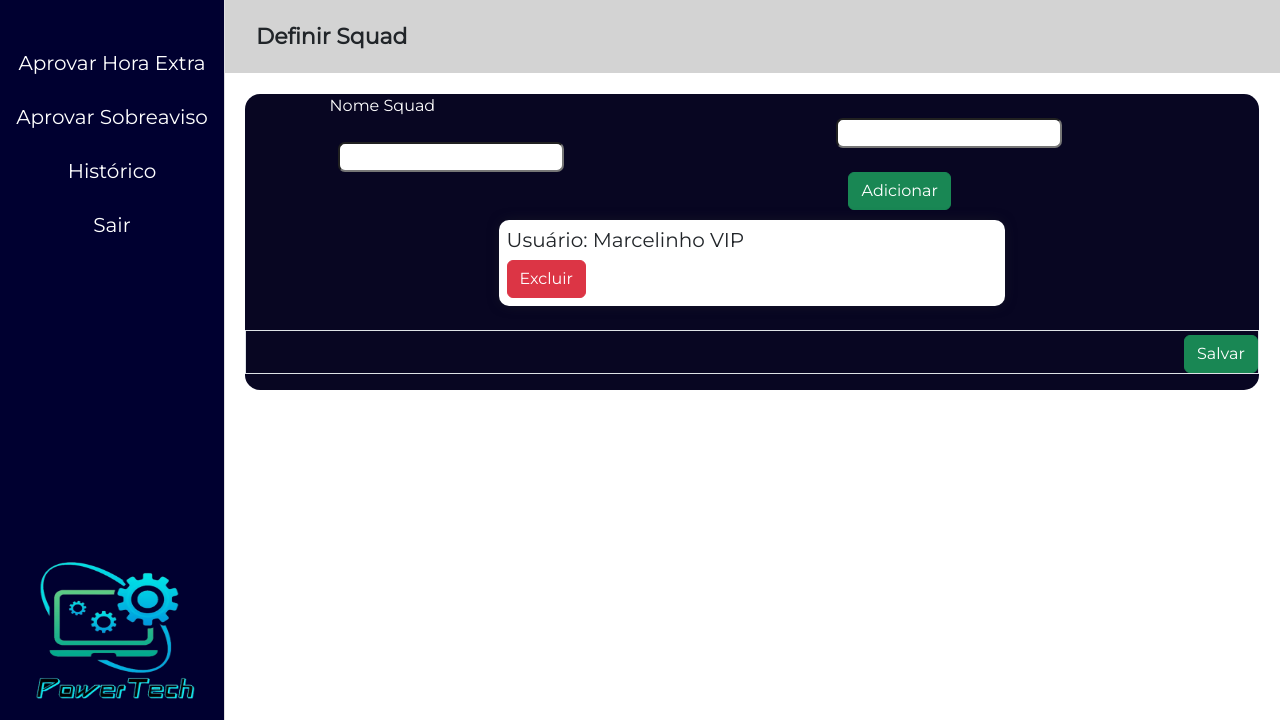
Repository: PowerTech-Fatec/API-2RP-NET
Page: /adm/squad (app in Sprint 3/2rp-web/)
These files come from the project's save history. The page is drawn as it stood at one moment and after the next save; the edit follows.
The browser window is 1280 px wide. The pictures show the whole page.
The project was rebuilt for these pictures with package versions that can differ from the ones it lists, and the page was loaded fresh each time. Also part of the build but not shown: Sprint 3/2rp-web/src/pages/login/login.js, Sprint 3/2rp-web/src/pages/home/dashboard.js, Sprint 3/2rp-web/src/pages/home/sobreaviso/sobreaviso.css, Sprint 3/2rp-web/src/pages/home/sobreaviso/sobreaviso.js, Sprint 3/2rp-web/src/pages/home/hora-extra/hora-extra.css, Sprint 3/2rp-web/src/pages/home/hora-extra/hora-extra.js, Sprint 3/2rp-web/src/components/cards/Cards.js, Sprint 3/2rp-web/src/pages/home/gestor/aprovar-hora-extra/gestor.js and 3 more.

Above is the page before, as saved 2022-11-05 09:18:28.

### Sprint 3/2rp-web/src/index.js
import React from 'react';
import ReactDOM from 'react-dom/client';
import './index.css';
import App from './App';
import reportWebVitals from './reportWebVitals';
import { BrowserRouter } from 'react-router-dom';
import 'bootstrap/dist/css/bootstrap.min.css';
import 'bootstrap-icons/font/bootstrap-icons.css';

import Popper from '@popperjs/core';
import 'bootstrap/dist/js/bootstrap.bundle.min';

const root = ReactDOM.createRoot(document.getElementById('root'));
root.render(
  <BrowserRouter>
    <App />
  </BrowserRouter>
);

// If you want to start measuring performance in your app, pass a function
// to log results (for example: reportWebVitals(console.log))
// or send to an analytics endpoint. Learn more: https://bit.ly/CRA-vitals
reportWebVitals();

### Sprint 3/2rp-web/src/App.js
import React from 'react'
import './App.css';
import { Routes, Route } from 'react-router-dom'
import Login from './pages/login/login'
import Dashboard from './pages/home/dashboard'
import Sobreaviso from './pages/home/sobreaviso/sobreaviso'
import HoraExtra from './pages/home/hora-extra/hora-extra'
import Gestor from './pages/home/gestor/aprovar-hora-extra/gestor'
import GestorSobreaviso from './pages/home/gestor/aprovar-sobreaviso/gestor-sobreaviso'
import GestorHistorico from './pages/home/gestor/historico/gestor-historico'
import Squad from './pages/home/adm/squad/def-squad'

function App() {
  return (
    <Routes>
      <Route path='/login' element={<Login />} />
      <Route path='/dashboard' element={<Dashboard />} />
      <Route path='/horaextra' element={<HoraExtra />} />
      <Route path='/sobreaviso' element={<Sobreaviso />} />
      <Route path='/gestor' element={<Gestor />} />
      <Route path='/gestor-sobreaviso' element={<GestorSobreaviso />} />
      <Route path='/gestor-historico' element={<GestorHistorico />} />
      <Route path='/adm/squad' element={<Squad />} />
      <Route path='*' element={<Login />} />
    </Routes>

  );
}

export default App;

### Sprint 3/2rp-web/src/App.css
@font-face {
    font-family: 'Montserrat';
    src: url(./assets/fonts/Montserrat-Regular.ttf);
}

*{
    font-family: 'Montserrat';
}

.ml-1{margin-left: 0.25rem;}
.ml-2{margin-left: 0.5rem;}
.ml-3{margin-left: 0.75rem;}
.ml-4{margin-left: 1rem;}
.ml-5{margin-left: 1.25rem;}

### Sprint 3/2rp-web/src/pages/home/adm/squad/def-squad.js
import Sidebar from "../../../../components/sidebar"
import Header from "../../../../components/header/header";
import Card from "../../../../components/cards/Squad"
import './def-squad.css'

import React, { Component, useEffect, useState } from 'react';


function Squad() {
    return (
        <Sidebar>
          <Header nome="Definir Squad"></Header>

          {/* linha 1: nome squad/add colaborador */}
          <div className="background d-flex flex-column aling-itens-center">

            <div>
            <div className="d-flex justify-content-around">
            <div className="col-4">
            <span>
            <label className="font">Nome Squad</label> <input className="squad-name mt-4 mb-4 ml-2"></input>
            </span>
            </div>




            <div className="col-4 d-flex justify-content-end">
            <span>
            <input className="squad-name mt-4 mb-4"></input><button type="button" class="btn btn-success ml-3">Adicionar</button>
            </span>
            </div>

            </div>


            {/* card colaborador */}
            <div className="d-flex flex-column aling-itens-center">
            <Card
              Usuario = "Marcelinho VIP"
            />

            </div>

              <div className="border d-flex justify-content-end mb-3">
              <button type="button" class="btn btn-success mt-1 mr-5">Salvar</button>
              </div>


            </div>

          </div>
        </Sidebar>
    )
}



export default Squad

### Sprint 3/2rp-web/src/pages/login/login.css
.login{
    background: #090d23
    ;
}
.fundo{
    background-color: #090d23;
    width: 300px;
    height: 50px;
    color: #fff;
}
.fundoback{
    background-color: #262d28;
}
.fundocolor{
    background-color: #090d23;
}
.background{
    background-color: #9A9696;
}
.height{
    height: 100vh;

}
.tpm{
    margin-top: 150px;
}
.input{
    width: 350px;
    height: 40px;
}
.marg{
    margin-top: 100px;
    margin-left: 180px;
}
.svg{
    margin-top: 3px;
}

### Sprint 3/2rp-web/src/components/sidebar.js
import { Drawer, useTheme } from '@mui/material'
import { Box } from '@mui/system'
import './Sidebar.css'
import { Link } from 'react-router-dom'

import React from 'react'

function Sidebar({ children }) {
    const theme = useTheme();




    return (
        <>

            <Drawer variant='permanent'>
                <Box width={theme.spacing(28)} height={theme.spacing(100)} className ='side-bar  '>
                     <div className='texto mt-5'>

                                {/* <Link to='/dashboard' className ='side-links mt-4'>
                                    Dashboard
                                </Link>
                                <Link to='/horaextra' className ='side-links mt-4'>
                                    Apontar Hora Extra
                                </Link>
                                <Link to='/sobreaviso' className ='side-links mt-4' >
                                    Apontar Sobreaviso
                                </Link> */}

                                {/* Associar a lista de link */}
                                {/* <Link to='/gestor-dashboard' className ='side-links mt-4' >
                                    Dashboard
                                </Link> */}
                                <Link to='/gestor' className ='side-links mt-4' >
                                        Aprovar Hora Extra
                                </Link>
                                <Link to='/gestor-sobreaviso' className ='side-links mt-4' >
                                    Aprovar Sobreaviso
                                </Link>
                                <Link to='/gestor-historico' className ='side-links mt-4' >
                                    Histórico
                                </Link>


                                <Link to='/login' className ='side-links mt-4' >
                                    Sair
                                </Link>

                    </div>
                    <div className='footer'>
                        <img src={require('../assets/powertech.png')} height='140px' width='160px' />
                    </div>
                </Box>
            </Drawer>

            <Box height="100vh" marginLeft={theme.spacing(28)}>
                {children}
            </Box>
        </>
    );
}

export default Sidebar

### Sprint 3/2rp-web/src/components/header/header.js
import './header.css'

import React from 'react'

function Header(props) {

    return (
        <>
            <div className='bg-title'>
                <span className='title'>{props.nome}</span>
            </div>
        </>
    );
}

export default Header

### Sprint 3/2rp-web/src/pages/home/gestor/aprovar-hora-extra/gestor.css
.background{
    margin-top: 2%;
    margin-left: 2%;
    margin-right: 2%;
    border-radius: 15px;

    background-color: #080622 !important
}

/* .filtro{
    width: 20%;
} */

/* /* .soli{
    margin-left: 15%;
} */

.filtroLabel{
    margin-left: 37%;
} */

.font{
    color: white;
}

### Sprint 3/2rp-web/src/pages/home/gestor/aprovar-sobreaviso/gestor-sobreaviso.css
.background{
    margin-top: 2%;
    margin-left: 2%;
    margin-right: 2%;
    border-radius: 15px;

    background-color: #080622 !important
}

.filtro{
    width: 20%;
}

.soli{
    margin-left: 15%;
}

.filtroLabel{
    margin-left: 37%;
}

.font{
    color: white;
}

### Sprint 3/2rp-web/src/pages/home/gestor/historico/gestor-historico.css
.background{
    margin-top: 2%;
    margin-left: 2%;
    margin-right: 2%;
    border-radius:   15px;

    background-color: #080622 !important;
}

.filtro{
    width: 20%;
}

.soli{
    margin-left: 15%;
}

.filtroLabel{
    margin-left: 37%;
}

.font{
    color: white;
}

### Sprint 3/2rp-web/src/components/cards/Squad.js
import React from "react";
import './Squad.css'

function Card(props) {
    return(
        <div className="card-container mb-4 col-6 offset-3">
            <div className="card-content">

            <div className="card-title ml-2 mt-2">
                <span>
                <h5>Usuário: {props.Usuario}</h5>
                <button type="button" class="btn btn-danger mb-2">Excluir</button>
                </span>
            </div>

            </div>

        </div>
    )
}

export default Card

### Sprint 3/2rp-web/src/pages/home/adm/squad/def-squad.css
.background{
    margin-top: 2%;
    margin-left: 2%;
    margin-right: 2%;
    border-radius: 15px;

    background-color: #080622;
}

.filtro{
    width: 20%;
}

/* .soli{
    margin-left: 15%;
} */

/* .filtroLabel{
    margin-left: 37%;
} */

.font{
    color: white;
}

.squad-name{
    border-radius: 7px;
}

### Sprint 3/2rp-web/src/components/Sidebar.css
.side-links {
    color: #fff;
    text-decoration: none;
    font-size: 20px;
    display: flex;
    justify-content: center;
}

.side-bar {
    background-color: #000030;
}

.footer{
    margin-bottom: 20px;
    margin-left: 35px;
    position: absolute;
    bottom: 0;
}

### Sprint 3/2rp-web/src/components/header/header.css
.bg-title{
    background-color: lightgray;
    padding: 20px 0px;
}

.title{
    font-size: 22px;
    font-weight: bold;
    margin-left: 2rem;
}

### Sprint 3/2rp-web/src/components/cards/Cards.css
.card-container{
    width: 900px;
    overflow: hidden;
    box-shadow: 0px 0px 15px -5px;
    border-radius: 10px;
    /* margin-left: 15%; */
    margin-top: 10px;

    background-color: white;
}

### Sprint 3/2rp-web/src/components/cards/Squad.css
.card-container{
    width: 600px;
    overflow: hidden;
    box-shadow: 0px 0px 15px -5px;
    border-radius: 10px;
    /* margin-left: 15%; */
    margin-top: 10px;

    background-color: white;
}

Loaded but not shown: Sprint 3/2rp-web/public/index.html (common file); Sprint 3/2rp-web/src/index.css (common file); Sprint 3/2rp-web/src/reportWebVitals.js (common file)

After the next save:
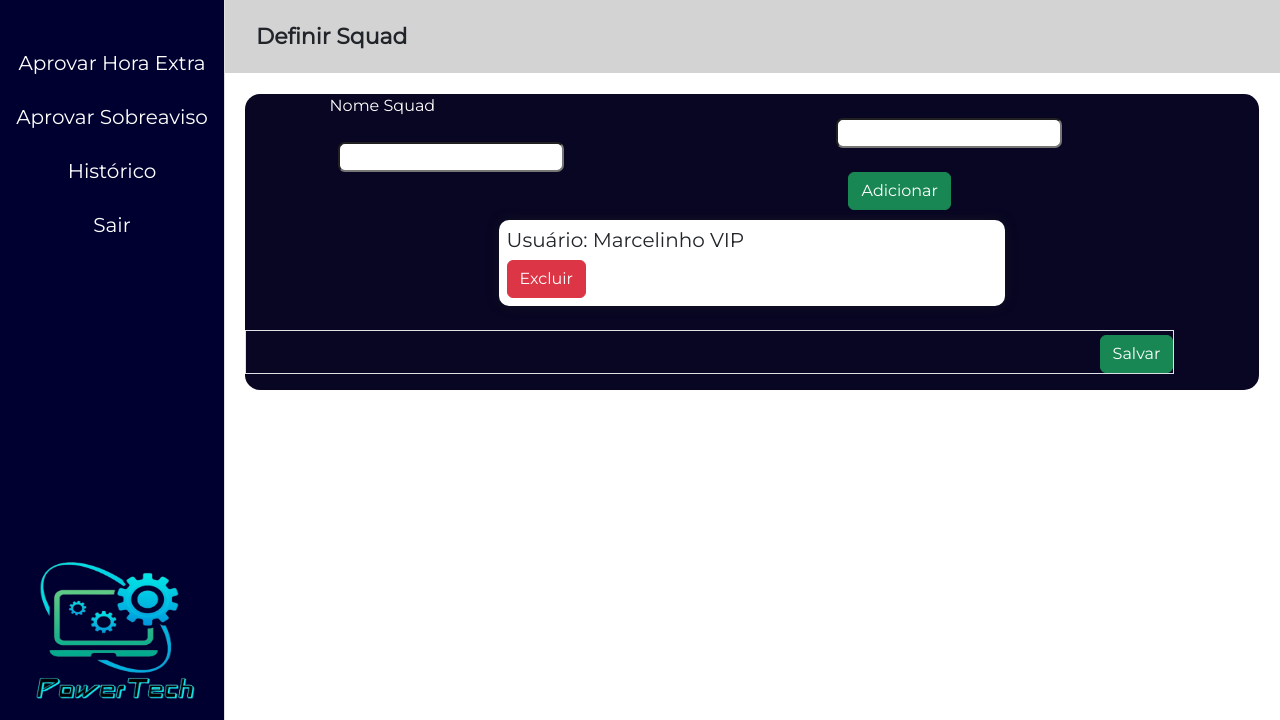
Saved 19 s later.
--- a/Sprint 3/2rp-web/src/pages/home/adm/squad/def-squad.js
+++ b/Sprint 3/2rp-web/src/pages/home/adm/squad/def-squad.js
@@ -42,8 +42,8 @@ function Squad() {
 
             </div>
 
-              <div className="border d-flex justify-content-end mb-3">
-              <button type="button" class="btn btn-success mt-1 mr-5">Salvar</button>
+              <div className="border col-11 d-flex justify-content-end mb-3">
+              <button type="button" class="btn btn-success mt-1">Salvar</button>
               </div>
 
 
